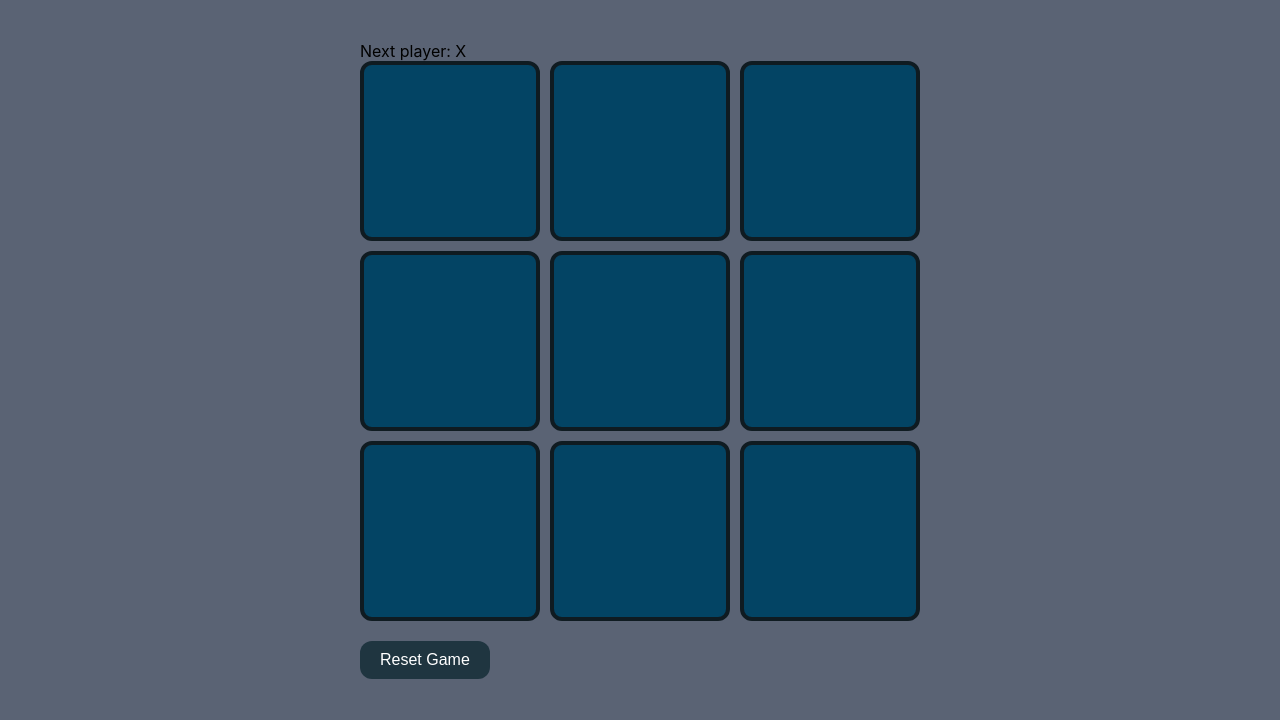
Repository: Monterro324/Tic-Tac
Page: / (app in tic-tac/)
The author's editor kept a copy of each file at every save. The page is drawn from the files as they stood at one save, then again after a run of saves.
The browser window is 1280 px wide. The pictures show the whole page.
The project was rebuilt for these pictures with package versions that can differ from the ones it lists, and the page was loaded fresh each time.

Above is the page before, as saved 2024-05-04 22:00:51.

### tic-tac/src/App.js
import { useState } from 'react';
import './App.css';
import Square from './Components/Square'; //Importing Square.js from Components


//Did not modify
export default function Board() {
  const [xIsNext, setXIsNext] = useState(true);
  const [squares, setSquares] = useState(Array(9).fill(null));

  function handleClick(i) {
    if (calculateWinner(squares) || squares[i]) {
      return;
    }
    const nextSquares = squares.slice();
    if (xIsNext) {
      nextSquares[i] = 'X';
    } else {
      nextSquares[i] = 'O';
    }
    setSquares(nextSquares);
    setXIsNext(!xIsNext);
  }

  //Basic reset button after winner is declare
  function resetGame() {
    setSquares(Array(9).fill(null)); // Resets all squares
    setXIsNext(true); // Resets the turn to the first player
  }

  const winner = calculateWinner(squares);
  let status;
  if (winner) {
    status = 'Winner: ' + winner;
  } else {
    status = 'Next player: ' + (xIsNext ? 'X' : 'O');
  }

  return (
    <>
      <div className="status">{status}</div>

      <div className="board">
        {squares.map((square, index) => (
          <Square key={index} value={square} onSquareClick={() => handleClick(index)} />
        ))}
      </div>
      <button className='reset-button' onClick={resetGame}>Reset Game</button>
    </>
  );
}

function calculateWinner(squares) {
  const lines = [
    [0, 1, 2],
    [3, 4, 5],
    [6, 7, 8],
    [0, 3, 6],
    [1, 4, 7],
    [2, 5, 8],
    [0, 4, 8],
    [2, 4, 6],
  ];
  for (let i = 0; i < lines.length; i++) {
    const [a, b, c] = lines[i];
    if (squares[a] && squares[a] === squares[b] && squares[a] === squares[c]) {
      return squares[a];
    }
  }
  return null;
}

### tic-tac/src/App.css
body, html {
  height: 100%;
  margin: 0;
  display: flex;
  flex-direction: column;
  justify-content: center;
  align-items: center;
  background-color: rgb(90, 99, 116);
}

.board {
  display: grid;
  grid-template-columns: repeat(3, 180px);
  grid-gap: 10px;
  justify-content: center;
}

.square {
  display: flex;
  align-items: center;
  justify-content: center;
  height: 180px;
  width: 180px;
  background: #034464;
  border: 4px solid #0f1b21;
  border-radius: 12px;
  cursor: pointer;
}

.reset-button {
  padding: 15px 30px;
  font-size: 18px;
  color: white;
  margin-top: 20px;
  padding: 10px 20px;
  font-size: 16px;
  color: white;
  background-color: #1f3540;
  border: none;
  border-radius: 12px;
  cursor: pointer;
  outline: none;
}

### tic-tac/src/Components/Square.js
import React from 'react';
import xImage from '../Components/Assets/mark-x.png';  // Update path to where your images are stored
import oImage from '../Components/Assets/mark-o.png';  // Update path to where your images are stored
//Put the iamges in Componets under "Assets" to use for the OnClick when the player selects the square the choose to pick

function Square({ value, onSquareClick }) {
  const getImageUrl = (value) => {

    if (value === 'X') return xImage;   //Player X
    if (value === 'O') return oImage;   //Player O
    return null;
  };

  return (
    <button className="square" onClick={onSquareClick}>
      {value && <img src={getImageUrl(value)} alt={value} style={{ maxWidth: '100%', maxHeight: '100%' }} />}
    </button>
  );
}

export default Square

Loaded but not shown: tic-tac/public/index.html (common file); tic-tac/src/index.js (common file); tic-tac/src/index.css (common file); tic-tac/src/reportWebVitals.js (common file)

After the next 3 saves:
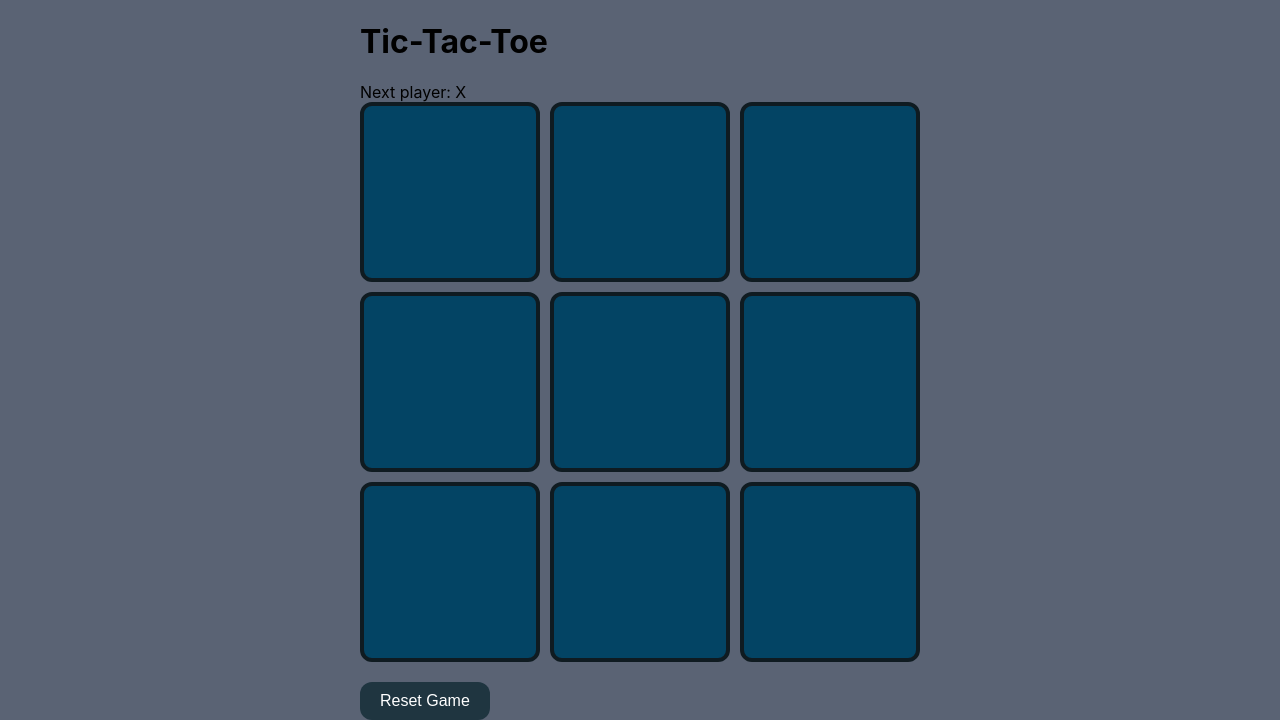
The 3 saves are shown as one change because they came seconds apart.
The last was saved 9 min 39 s later.
--- a/tic-tac/src/App.js
+++ b/tic-tac/src/App.js
@@ -38,6 +38,7 @@ export default function Board() {
 
   return (
     <>
+       <h1 className="game-title">Tic-Tac-Toe</h1> {/* Title for the game */}
       <div className="status">{status}</div>
 
       <div className="board">
